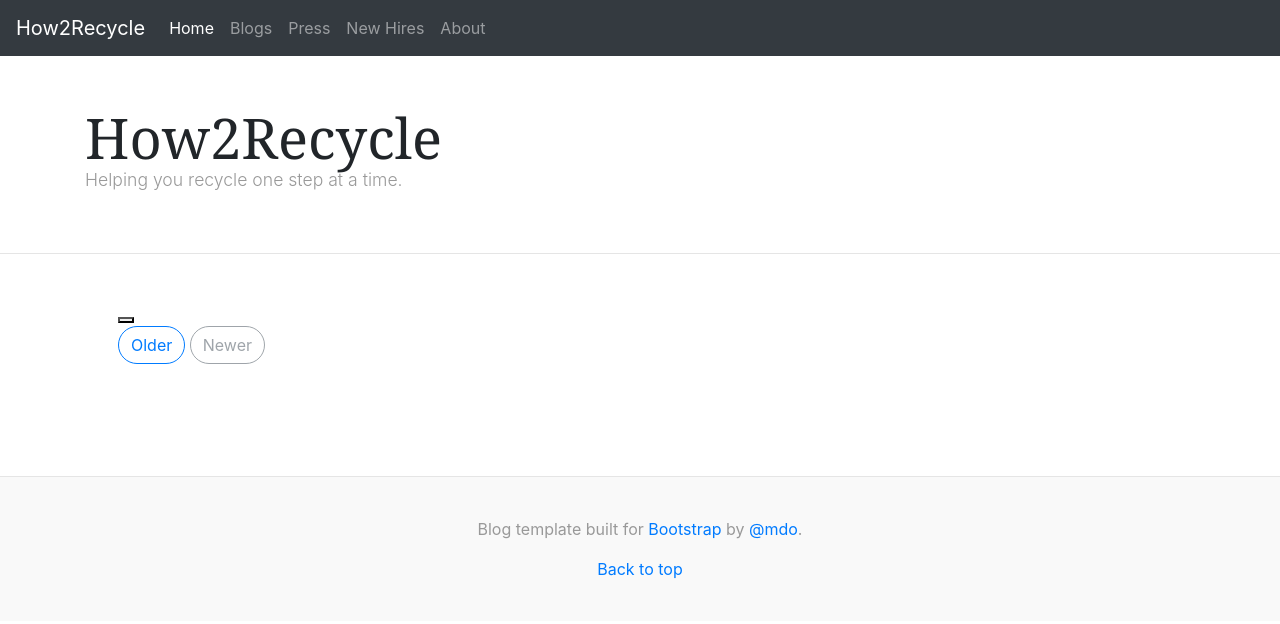
Repository: AshokSasi/CopyNPasta-Recycle-App
Page: http://localhost/posts/index
These files come from the project's save history. The page is drawn as it stood at one moment and after the next save; the edit follows.
The browser window is 1280 px wide. The pictures show the whole page.
The page is served by the project's Laravel application, run on PHP 8.4 with Laravel 8. Other server files are loaded and not shown. Queries for data that is not in the repository find no rows.

Above is the page before, as saved 2021-09-25 15:09:30.

### routes/web.php
<?php


Route::get('/','ItemsController@index');

Route::get('/home/{item}','ItemsController@show');

Route::get('/posts/index','PostsController@index');

Route::get('/posts/create','PostsController@create');

Route::post('/posts','PostsController@store');


Route::get('/posts/{post}','PostsController@show');

Route::post('/posts/{post}/comments','CommentsController@store');

### app/Http/Controllers/PostsController.php
<?php

namespace App\Http\Controllers;

use Illuminate\Http\Request;

use App\Post;

class PostsController extends Controller
{
    public function index()
    {
        $posts = Post::latest()->get();

        return view('posts.index',compact('posts'));
    }

    public function show(Post $post)
    {

        return view('posts.show',compact('post'));
    }

    public function create()
    {
        return view('posts.create');
    }

    public function store()
    {


        //Validate requires data
        $this->validate(request(),[
            'title' => 'required',
            'body' => 'required'
        ]);

        //create
        Post::create(request(['title','body']));

        //And redirect to home page
        return redirect('/');
    }
}

### app/Post.php
<?php

namespace App;


class Post extends Model
{
    public function comments()
    {
        return $this->hasMany(Comment::class);


    }

    public function addComment($body)
    {

       //add a comment to a post
        $this->comments()->create(compact('body'));

    }


}

### app/Model.php
<?php

namespace App;

use Illuminate\Database\Eloquent\Model as Eloquent;

class Model extends Eloquent
{

    protected $guarded = [];
}

### resources/views/posts/index.blade.php
@extends('layouts.master')

@section('content')



        <div class="col-md-8 blog-main">
          <button></button>

          @foreach ($posts as $post)

             @include('posts.post')

          @endforeach


          <nav class="blog-pagination">
            <a class="btn btn-outline-primary" href="#">Older</a>
            <a class="btn btn-outline-secondary disabled" href="#">Newer</a>
          </nav>

        </div><!-- /.blog-main -->



      <!-- /.row -->

   <!-- /.container -->



@endsection

### resources/views/layouts/master.blade.php

<!doctype html>
<html lang="en">
  <head>
    <meta charset="utf-8">
    <meta name="viewport" content="width=device-width, initial-scale=1, shrink-to-fit=no">
    <meta name="description" content="">
    <meta name="author" content="">
    <link rel="icon" href="/docs/4.0/assets/img/favicons/favicon.ico">

    <title>The Bootstrap Blog</title>

    <link rel="canonical" href="https://getbootstrap.com/docs/4.0/examples/album/">

    <!-- Bootstrap core CSS -->
    <link rel="stylesheet" href="https://maxcdn.bootstrapcdn.com/bootstrap/4.0.0/css/bootstrap.min.css"
    integrity="sha384-Gn5384xqQ1aoWXA+058RXPxPg6fy4IWvTNh0E263XmFcJlSAwiGgFAW/dAiS6JXm" crossorigin="anonymous">

    <!-- Custom styles for this template -->
    <link href="/css/app.css" rel="stylesheet">
  </head>

  <body>

    <header>


    @include('layouts.nav')


    </header>

<div class="container p-3 p-md-5">
  <div class="row">
    @yield('content')

  </div>

</div>
@include('layouts.footer')

    <!-- Bootstrap core JavaScript
    ================================================== -->
    <!-- Placed at the end of the document so the pages load faster -->

  </body>
</html>

### resources/views/layouts/nav.blade.php
<nav class="navbar navbar-expand-lg navbar-dark bg-dark">
  <a class="navbar-brand" href="/">How2Recycle</a>
  <button class="navbar-toggler" type="button" data-toggle="collapse" data-target="#navbarSupportedContent" aria-controls="navbarSupportedContent" aria-expanded="false" aria-label="Toggle navigation">
    <span class="navbar-toggler-icon"></span>
  </button>

  <div class="collapse navbar-collapse" id="navbarSupportedContent">
    <ul class="navbar-nav mr-auto">
      <li class="nav-item active">
        <a class="nav-link" href="/">Home <span class="sr-only">(current)</span></a>
      </li>
      <li class="nav-item">
        <a class="nav-link" href="/posts/index">Blogs</a>
      </li>
      <li class="nav-item">
        <a class="nav-link" href="#">Press</a>
      </li>
      <li class="nav-item">
        <a class="nav-link" href="#">New Hires</a>
      </li>
      <li class="nav-item">
        <a class="nav-link" href="#">About</a>
      </li>


    </ul>

  </div>
</nav>

<div class="blog-header p-3 p-md-5">
  <div class="container">
    <h1 class="blog-title">How2Recycle</h1>
    <p class="lead blog-description">Helping you recycle one step at a time.</p>
  </div>
</div>

### resources/views/layouts/footer.blade.php
<footer class="blog-footer">
  <p>Blog template built for <a href="https://getbootstrap.com/">Bootstrap</a> by <a href="https://twitter.com/mdo">@mdo</a>.</p>
  <p>
    <a href="#">Back to top</a>
  </p>
</footer>

### public/css/app.css
/* stylelint-disable selector-list-comma-newline-after */

.blog-header {
    line-height: 1;
    border-bottom: 1px solid #e5e5e5;
  }

  .blog-header-logo {
    font-family: "Playfair Display", Georgia, "Times New Roman", serif;
    font-size: 2.25rem;
  }

  .blog-header-logo:hover {
    text-decoration: none;
  }

  h1,
  h2,
  h3,
  h4,
  h5,
  h6 {
    font-family: "Playfair Display", Georgia, "Times New Roman", serif;
  }

  .display-4 {
    font-size: 2.5rem;
  }

  @media (min-width: 768px) {
    .display-4 {
      font-size: 3rem;
    }
  }

  .nav-scroller {
    position: relative;
    z-index: 2;
    height: 2.75rem;
    overflow-y: hidden;
  }

  .nav-scroller .nav {
    display: -webkit-box;
    display: -ms-flexbox;
    display: flex;
    -ms-flex-wrap: nowrap;
    flex-wrap: nowrap;
    padding-bottom: 1rem;
    margin-top: -1px;
    overflow-x: auto;
    text-align: center;
    white-space: nowrap;
    -webkit-overflow-scrolling: touch;
  }

  .nav-scroller .nav-link {
    padding-top: .75rem;
    padding-bottom: .75rem;
    font-size: .875rem;
  }

  .card-img-right {
    height: 100%;
    border-radius: 0 3px 3px 0;
  }

  .flex-auto {
    -ms-flex: 0 0 auto;
    -webkit-box-flex: 0;
    flex: 0 0 auto;
  }

  .h-250 {
    height: 250px;
  }

  @media (min-width: 768px) {
    .h-md-250 {
      height: 250px;
    }
  }

  .border-top {
    border-top: 1px solid #e5e5e5;
  }

  .border-bottom {
    border-bottom: 1px solid #e5e5e5;
  }

  .box-shadow {
    -webkit-box-shadow: 0 0.25rem 0.75rem rgba(0, 0, 0, 0.05);
            box-shadow: 0 0.25rem 0.75rem rgba(0, 0, 0, 0.05);
  }

  /*
     * Blog name and description
     */

  .blog-title {
    margin-bottom: 0;
    font-size: 2rem;
    font-weight: 400;
  }

  .blog-description {
    font-size: 1.1rem;
    color: #999;
  }

  @media (min-width: 40em) {
    .blog-title {
      font-size: 3.5rem;
    }
  }

  /* Pagination */

  .blog-pagination {
    margin-bottom: 4rem;
  }

  .blog-pagination > .btn {
    border-radius: 2rem;
  }

  /*
     * Blog posts
     */

  .blog-post {
    margin-bottom: 4rem;
  }

  .blog-post-title {
    margin-bottom: .25rem;
    font-size: 2.5rem;
  }

  .blog-post-meta {
    margin-bottom: 1.25rem;
    color: #999;
  }

  /*
     * Footer
     */

  .blog-footer {
    padding: 2.5rem 0;
    color: #999;
    text-align: center;
    background-color: #f9f9f9;
    border-top: .05rem solid #e5e5e5;
  }

  .blog-footer p:last-child {
    margin-bottom: 0;
  }

/* stylelint-disable selector-list-comma-newline-after */

.blog-header {
    line-height: 1;
    border-bottom: 1px solid #e5e5e5;
  }

  .blog-header-logo {
    font-family: "Playfair Display", Georgia, "Times New Roman", serif;
    font-size: 2.25rem;
  }

  .blog-header-logo:hover {
    text-decoration: none;
  }

  h1,
  h2,
  h3,
  h4,
  h5,
  h6 {
    font-family: "Playfair Display", Georgia, "Times New Roman", serif;
  }

  .display-4 {
    font-size: 2.5rem;
  }

  @media (min-width: 768px) {
    .display-4 {
      font-size: 3rem;
    }
  }

  .nav-scroller {
    position: relative;
    z-index: 2;
    height: 2.75rem;
    overflow-y: hidden;
  }

  .nav-scroller .nav {
    display: -webkit-box;
    display: -ms-flexbox;
    display: flex;
    -ms-flex-wrap: nowrap;
    flex-wrap: nowrap;
    padding-bottom: 1rem;
    margin-top: -1px;
    overflow-x: auto;
    text-align: center;
    white-space: nowrap;
    -webkit-overflow-scrolling: touch;
  }

  .nav-scroller .nav-link {
    padding-top: .75rem;
    padding-bottom: .75rem;
    font-size: .875rem;
  }

  .card-img-right {
    height: 100%;
    border-radius: 0 3px 3px 0;
  }

  .flex-auto {
    -ms-flex: 0 0 auto;
    -webkit-box-flex: 0;
    flex: 0 0 auto;
  }

  .h-250 {
    height: 250px;
  }

  @media (min-width: 768px) {
    .h-md-250 {
      height: 250px;
    }
  }

  .border-top {
    border-top: 1px solid #e5e5e5;
  }

  .border-bottom {
    border-bottom: 1px solid #e5e5e5;
  }

  .box-shadow {
    -webkit-box-shadow: 0 0.25rem 0.75rem rgba(0, 0, 0, 0.05);
            box-shadow: 0 0.25rem 0.75rem rgba(0, 0, 0, 0.05);
  }

  /*
     * Blog name and description
     */

  .blog-title {
    margin-bottom: 0;
    font-size: 2rem;
    font-weight: 400;
  }

  .blog-description {
    font-size: 1.1rem;
    color: #999;
  }

  @media (min-width: 40em) {
    .blog-title {
      font-size: 3.5rem;
    }
  }

  /* Pagination */

  .blog-pagination {
    margin-bottom: 4rem;
  }

  .blog-pagination > .btn {
    border-radius: 2rem;
  }

  /*
     * Blog posts
     */

  .blog-post {
    margin-bottom: 4rem;
  }

  .blog-post-title {
    margin-bottom: .25rem;
    font-size: 2.5rem;
  }

  .blog-post-meta {
    margin-bottom: 1.25rem;
    color: #999;
  }

  /*
     * Footer
     */

  .blog-footer {
    padding: 2.5rem 0;
    color: #999;
    text-align: center;
    background-color: #f9f9f9;
    border-top: .05rem solid #e5e5e5;
  }

  .blog-footer p:last-child {
    margin-bottom: 0;
  }
  .red-text{
    color:red;
  }

  /* ============================================================================================== */

Loaded but not shown: app/Http/Controllers/Controller.php (common file)

After the next save:
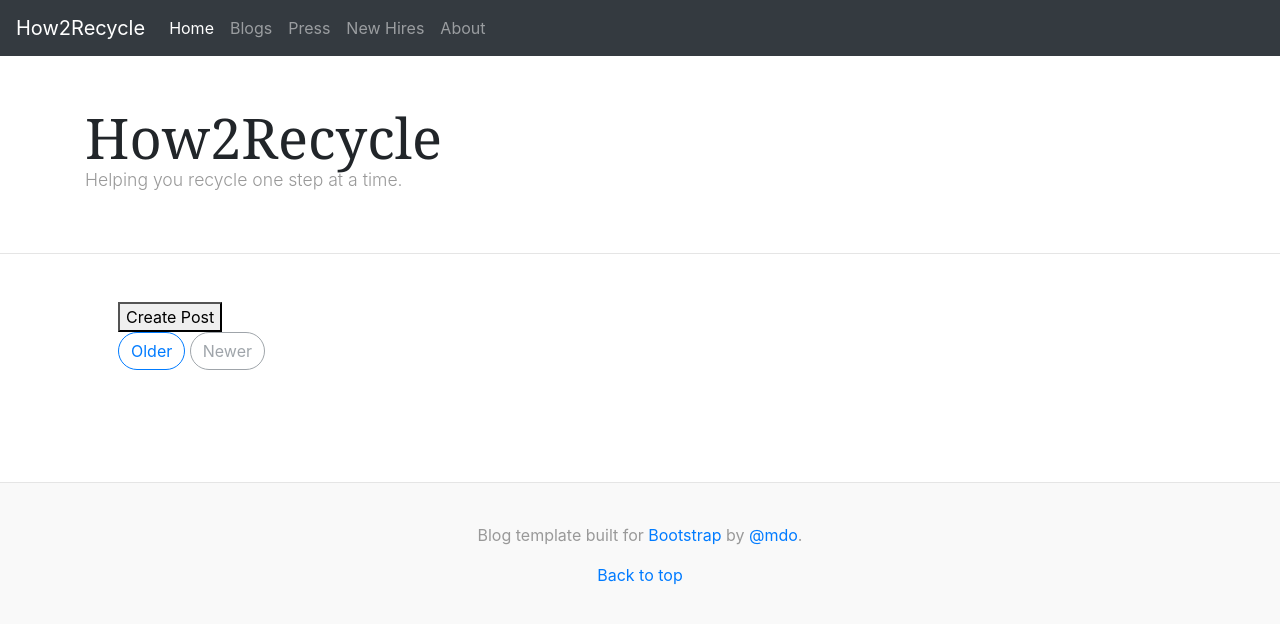
Saved 56 s later.
--- a/resources/views/posts/index.blade.php
+++ b/resources/views/posts/index.blade.php
@@ -5,7 +5,7 @@
 
 
         <div class="col-md-8 blog-main">
-          <button></button>
+          <button>Create Post</button>
 
           @foreach ($posts as $post)
 
